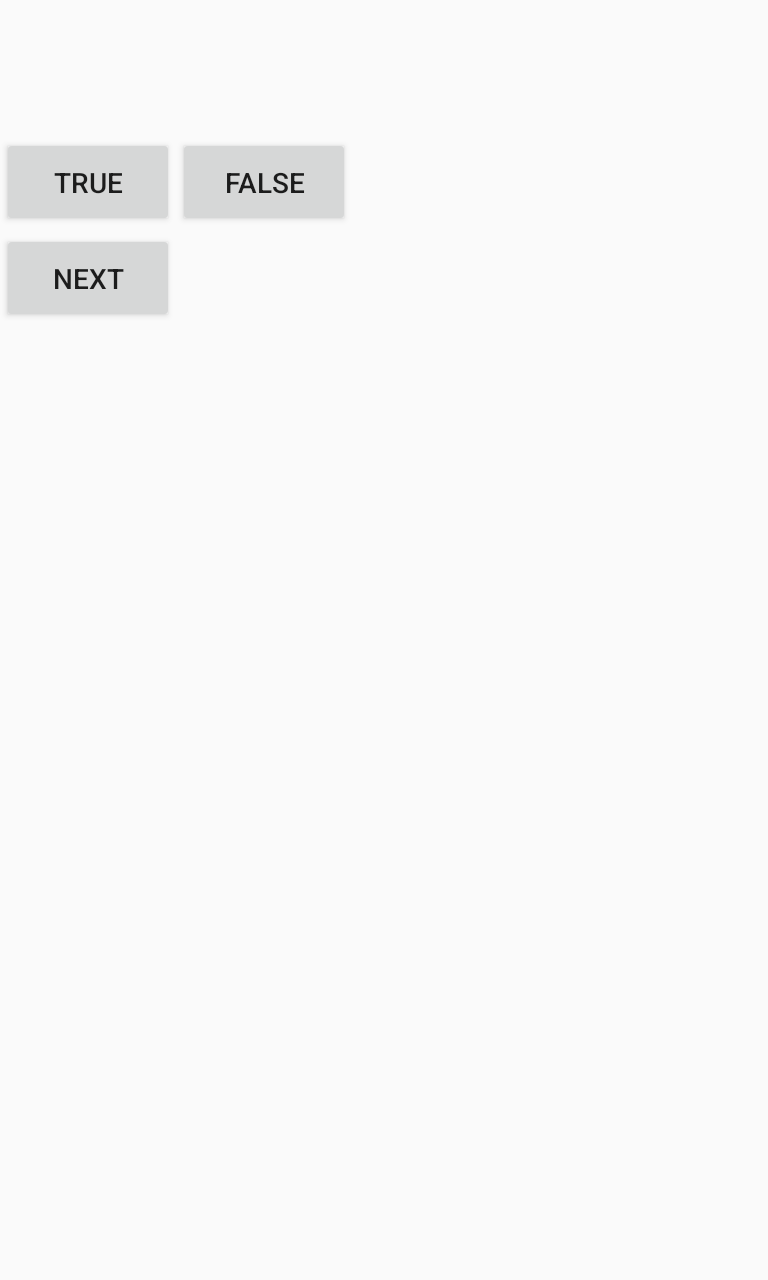
Repository: stoone/android
Layout: GeoQuiz/res/layout/activity_quiz.xml
These files come from the project's save history. The layout is drawn as it stood at one moment and after the next save; the edit follows.
It is drawn on a 768 x 1280 px phone screen (xhdpi) without system bars, with theme AppTheme; the app's code is not run.

Above is the layout before, as saved 2014-08-25 02:07:45.

After the next save:
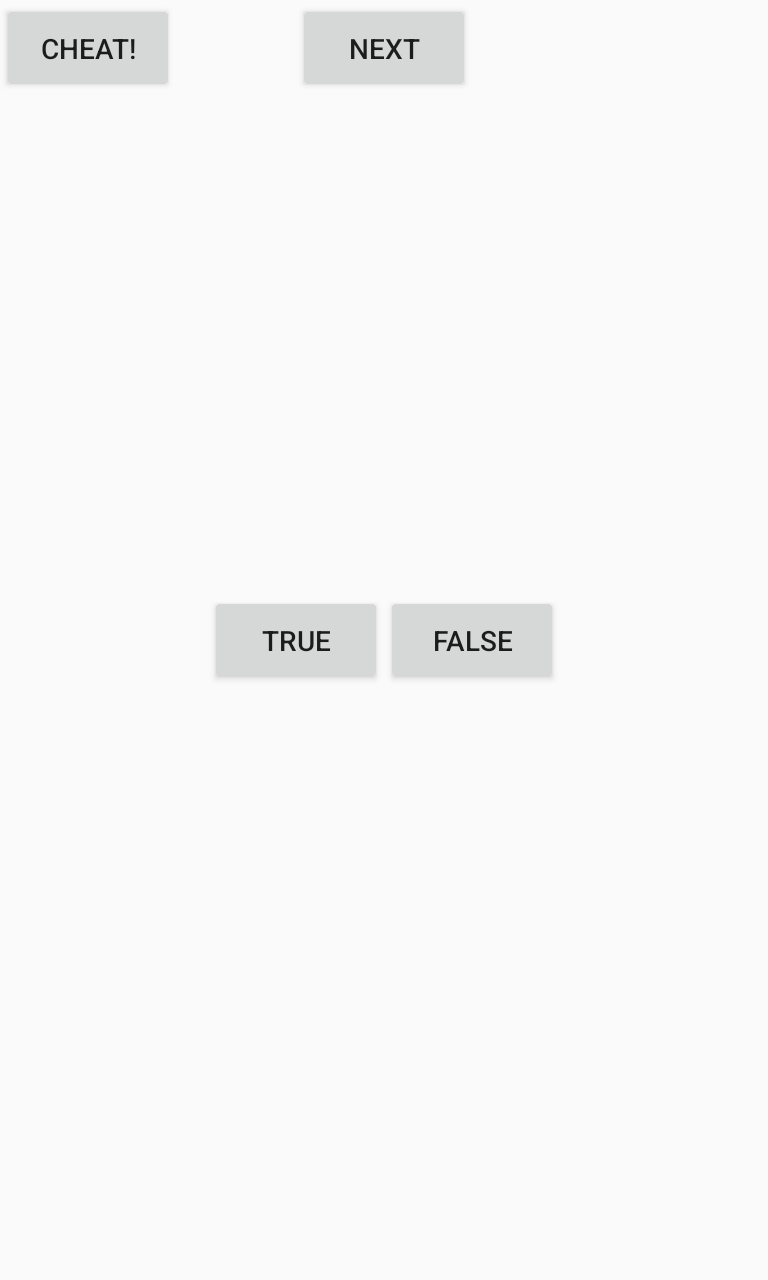
Saved 11 s later.
--- a/GeoQuiz/res/layout/activity_quiz.xml
+++ b/GeoQuiz/res/layout/activity_quiz.xml
@@ -1,18 +1,18 @@
-<LinearLayout xmlns:android="http://schemas.android.com/apk/res/android"
+<FrameLayout xmlns:android="http://schemas.android.com/apk/res/android"
     android:layout_width="match_parent"
-    android:layout_height="match_parent"
-    android:layout_gravity="center"
-    android:orientation="vertical" >
+    android:layout_height="match_parent" >
 
 	    <TextView
 	        android:id="@+id/question_text_view"
-	        android:layout_width="292dp"
+	        android:layout_width="wrap_content"
 	        android:layout_height="wrap_content"
+	        android:layout_gravity="center_horizontal"
 	        android:padding="24dp" />
 
 	    <LinearLayout
 	        android:layout_width="wrap_content"
 	        android:layout_height="wrap_content"
+	        android:layout_gravity="center_vertical|center_horizontal"
 	        android:orientation="horizontal" >
 
 
@@ -29,11 +29,17 @@
 		        android:text="@string/false_button" />
 
 	    </LinearLayout>
+			<Button
+			    android:id="@+id/cheat_button"
+			    android:layout_width="wrap_content"
+			    android:layout_height="wrap_content"
+			    android:text="@string/cheat_button" />
 
-	    <Button
-	        android:id="@+id/next_button"
-	        android:layout_width="wrap_content"
-	        android:layout_height="wrap_content"
-	        android:text="@string/next_button" />
+		    <Button
+		        android:id="@+id/next_button"
+		        android:layout_width="wrap_content"
+		        android:layout_height="wrap_content"
+		        android:layout_gravity="center_horizontal"
+		        android:text="@string/next_button" />
 
-</LinearLayout>
+</FrameLayout>
